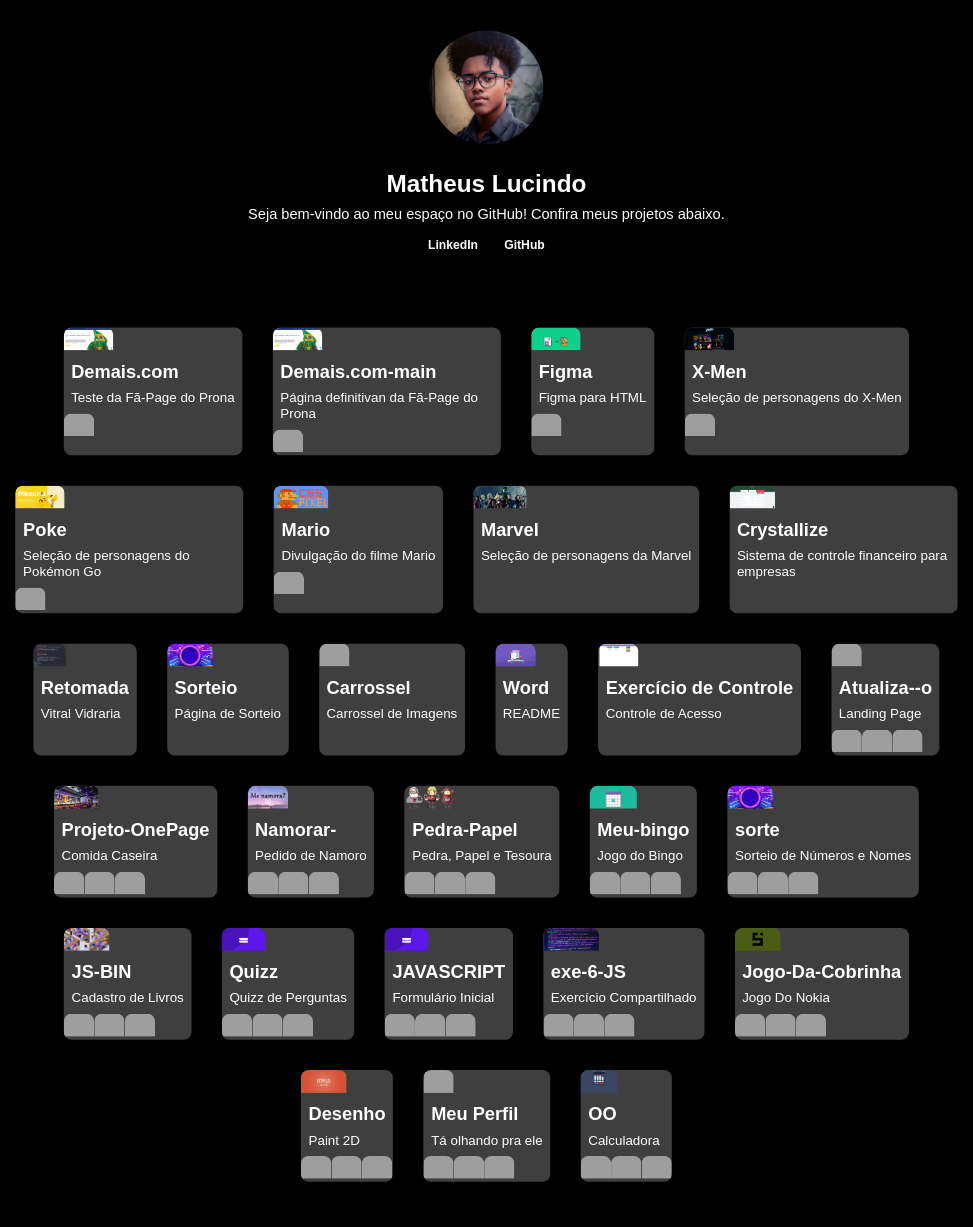
Repository: Matheus904-12/Meu-Perfil
Page: index.html
These files come from the project's save history. The page is drawn as it stood at one moment and after the next save; the edit follows.
The browser window is 1280 px wide. The pictures show the whole page, at 76% of full size.
Pictures or frames that could not be fetched are drawn as grey boxes.

Above is the page before, as saved 2023-09-26 22:04:10.

### index.html
<!DOCTYPE html>
<html lang="en">
<head>
    <meta charset="UTF-8">
    <meta name="viewport" content="width=device-width, initial-scale=1.0">
    <link rel="stylesheet" href="styles.css">
    <link rel="icon" href="p">
    <title>Seu Perfil</title>
</head>
<body>


    <header>
        <img src="IMG_20230326_185729_968.jpg" alt="Sua Foto de Perfil" class="profile-picture">
        <h1>Matheus Lucindo</h1>
        <p>Seja bem-vindo ao meu espaço no GitHub! Confira meus projetos abaixo.</p>
        <div class="social-links">
            <a href="https://www.linkedin.com/in/matheus-lucindo-b35b68190/" target="_blank">LinkedIn</a>
            <a href="https://github.com/Matheus904-12" target="_blank">GitHub</a>
        </div>
    </header>

    <section class="repositories">
        <!-- Os repositórios serão carregados aqui via JavaScript -->
    </section>

    <script src="script.js"></script>
</body>
</html>

### styles.css
/* styles.css */

body {
    font-family: 'Arial', sans-serif;
    margin: 0;
    padding: 0;
    background-color: #000000;
    color: #fff;
    transition: background-color 0.3s, color 0.3s;
}

.profile-picture {
    border-radius: 50%;
    width: 150px;
    height: 150px;
    margin-bottom: 20px;
    object-fit: cover;
}

header {
    text-align: center;
    padding: 40px;
    background-color: #000000;
    box-shadow: 0px 4px 8px rgba(0, 0, 0, 0.1);
}

h1 {
    font-size: 2em;
    margin: 10px 0;
}

p {
    font-size: 1.2em;
    max-width: 800px;
    margin: 0 auto 20px;
}

.social-links {
    margin-top: 20px;
}

.social-links a {
    display: inline-block;
    margin: 0 15px;
    text-decoration: none;
    color: #fff;
    font-weight: bold;
    transition: color 0.3s;
}

.social-links a:hover {
    color: #00aa1a;
}

.repositories {
    display: flex;
    flex-wrap: wrap;
    justify-content: center;
    margin: 40px 0;
}

.repository-card {
    background-color: #3f3f3f;
    border-radius: 10px;
    box-shadow: 0px 4px 8px rgba(0, 0, 0, 0.1);
    margin: 20px;
    max-width: 300px;
    transition: transform 0.3s, box-shadow 0.3s, background-color 0.3s;
    overflow: hidden;
    color: #fff; /* Cor do texto ajustada */
}

.repository-card img {
    border-radius: 10px 10px 0 0;
    max-width: 100%;
    height: auto;
    max-height: 200px;
    object-fit: cover;
    max-height: 30px; /* Adicionado este estilo para limitar a altura dos ícones */
}

.repository-card h3 {
    margin: 10px;
    font-size: 1.5em;
}

.repository-card p {
    margin: 10px;
    font-size: 1.1em;
}

.repository-card:hover {
    transform: scale(1.05);
    box-shadow: 0 8px 16px rgba(128, 0, 128, 0.1);

}

.repository-card a {
    color: #ffffff; /* Defina a cor de texto desejada aqui */
    text-decoration: none; /* Para remover sublinhado dos links */
}

/* Estilos para tablets (largura máxima de 768px) */
@media screen and (max-width: 768px) {
    header {
        padding: 20px;
    }

    .profile-picture {
        width: 100px;
        height: 100px;
        margin-bottom: 10px;
    }

    h1 {
        font-size: 1.5em;
    }

    p {
        font-size: 1em;
    }

    .social-links a {
        margin: 0 10px;
    }

    .repository-card {
        max-width: 250px;
    }

    .repository-card img {
        max-height: 150px;
    }

    .repository-card h3 {
        font-size: 1.2em;
    }

    .repository-card p {
        font-size: 1em;
    }
}

/* Estilos para dispositivos móveis (largura máxima de 480px) */
@media screen and (max-width: 480px) {
    header {
        padding: 10px;
    }

    .profile-picture {
        width: 80px;
        height: 80px;
        margin-bottom: 5px;
    }

    h1 {
        font-size: 1.2em;
    }

    p {
        font-size: 0.9em;
    }

    .social-links a {
        margin: 0 5px;
    }

    .repository-card {
        max-width: 200px;
    }

    .repository-card img {
        max-height: 120px;
    }

    .repository-card h3 {
        font-size: 1em;
    }

    .repository-card p {
        font-size: 0.8em;
    }
}

### script.js
document.addEventListener('DOMContentLoaded', function() {
    const repositories = [
        {
            name: 'Demais.com',
            description: 'Teste da Fã-Page do Prona',
            coverImage: 'Demais.com.jpg',
            languages: ['']
        },
        {
            name: 'Demais.com-main',
            description: 'Página definitivan da Fã-Page do Prona',
            coverImage: 'Demais.com.jpg',
            languages: ['']
        },
        {
            name: 'Figma',
            description: 'Figma para HTML',
            coverImage: 'Figma_to_html_1.png',
            languages: ['']
        },
        {
            name: 'X-Men',
            description: 'Seleção de personagens do X-Men',
            coverImage: 'xmen.png',
            languages: ['']
        },
        {
            name: 'Poke',
            description: 'Seleção de personagens do Pokémon Go',
            coverImage: 'pokemon-slider.png',
            languages: ['']
        },
        {
            name: 'Mario',
            description: 'Divulgação do filme Mario',
            coverImage: 'css-pixel-art.png',
            languages: ['']
        },
        {
            name: 'Marvel',
            description: 'Seleção de personagens da Marvel',
            coverImage: 'marvel.jpg',
            languages: []
        },
        {
            name: 'Crystallize',
            description: 'Sistema de controle financeiro para empresas',
            coverImage: 'sis.png',
            languages: []
        },
        {
            name: 'Retomada',
            description: 'Vitral Vidraria',
            coverImage: 'retom.png',
            languages: []
        },
        {
            name: 'Sorteio',
            description: 'Página de Sorteio',
            coverImage: 'sorteio.jpg',
            languages: []
        },
        {
            name: 'Carrossel',
            description: 'Carrossel de Imagens',
            coverImage: 'car.jpg',
            languages: []
        },
        {
            name: 'Word',
            description: 'README',
            coverImage: 'como-fazer-um-bom-readme-preview.png',
            languages: []
        },
        {
            name: 'Exercício de Controle',
            description: 'Controle de Acesso',
            coverImage: 'control.png',
            languages: []
        },
        {
            name: 'Atualiza--o',
            description: 'Landing Page',
            coverImage: 'landing.png',
            languages: ['HTML', 'CSS', 'JS']
        },
        {
            name: 'Projeto-OnePage',
            description: 'Comida Caseira',
            coverImage: 'restaurante.jpeg',
            languages: ['HTML', 'CSS', 'JS']
        },
        {
            name: 'Namorar-',
            description: 'Pedido de Namoro',
            coverImage: 'namorar.jpg',
            languages: ['HTML', 'CSS', 'JS']
        },
        {
            name: 'Pedra-Papel',
            description: 'Pedra, Papel e Tesoura',
            coverImage: 'jokenpo.png',
            languages: ['HTML', 'CSS', 'JS']
        },
        {
            name: 'Meu-bingo',
            description: 'Jogo do Bingo',
            coverImage: 'bingo.jpg',
            languages: ['HTML', 'CSS', 'JS']
        },
        {
            name: 'sorte',
            description: 'Sorteio de Números e Nomes',
            coverImage: 'sorteio.jpg',
            languages: ['HTML', 'CSS', 'JS']
        },
        {
            name: 'JS-BIN',
            description: 'Cadastro de Livros',
            coverImage: 'bibliotecas.png',
            languages: ['HTML', 'CSS', 'JS']
        },
        {
            name: 'Quizz',
            description: 'Quizz de Perguntas',
            coverImage: 'a-guide-to-html-css-forms-no-hacks.jpg',
            languages: ['HTML', 'CSS', 'JS']
        },
        {
            name: 'JAVASCRIPT',
            description: 'Formulário Inicial',
            coverImage: 'a-guide-to-html-css-forms-no-hacks.jpg',
            languages: ['HTML', 'CSS', 'JS']
        },
        {
            name: 'exe-6-JS',
            description: 'Exercício Compartilhado',
            coverImage: 'comp.png',
            languages: ['HTML', 'CSS', 'JS']
        },
        {
            name: 'Jogo-Da-Cobrinha',
            description: 'Jogo Do Nokia',
            coverImage: 'cobrinha.png',
            languages: ['HTML', 'CSS', 'JS']
        },
        {
            name: 'Desenho',
            description: 'Paint 2D',
            coverImage: '20151220031246_canvas.png',
            languages: ['HTML', 'CSS', 'JS']
        },
        {
            name: 'Meu Perfil',
            description: 'Tá olhando pra ele',
            coverImage: 'perfi.png',
            languages: ['HTML', 'CSS', 'JS']
        },
        {
            name: 'OO',
            description: 'Calculadora',
            coverImage: 'leva.jpg',
            languages: ['HTML', 'CSS', 'JS']
        },


    ];

    const repositoriesSection = document.querySelector('.repositories');

    repositories.forEach(repository => {
        const card = document.createElement('div');
        card.classList.add('repository-card');

        const languagesIcons = repository.languages.map(lang => `<img src="${lang.toLowerCase()}.png" alt="${lang}">`).join('');

        card.innerHTML = `
            <a href="${repository.link}" target="_blank">
                <div class="card-border">
                    <img src="${repository.coverImage}" alt="Capa do Repositório">
                </div>
                <h3>${repository.name}</h3>
                <p>${repository.description}</p>
                <div class="languages">${languagesIcons}</div>
            </a>
        `;

        card.addEventListener('click', function() {
            card.classList.toggle('selected');
        });

        repositoriesSection.appendChild(card);
    });
});

After the next save:
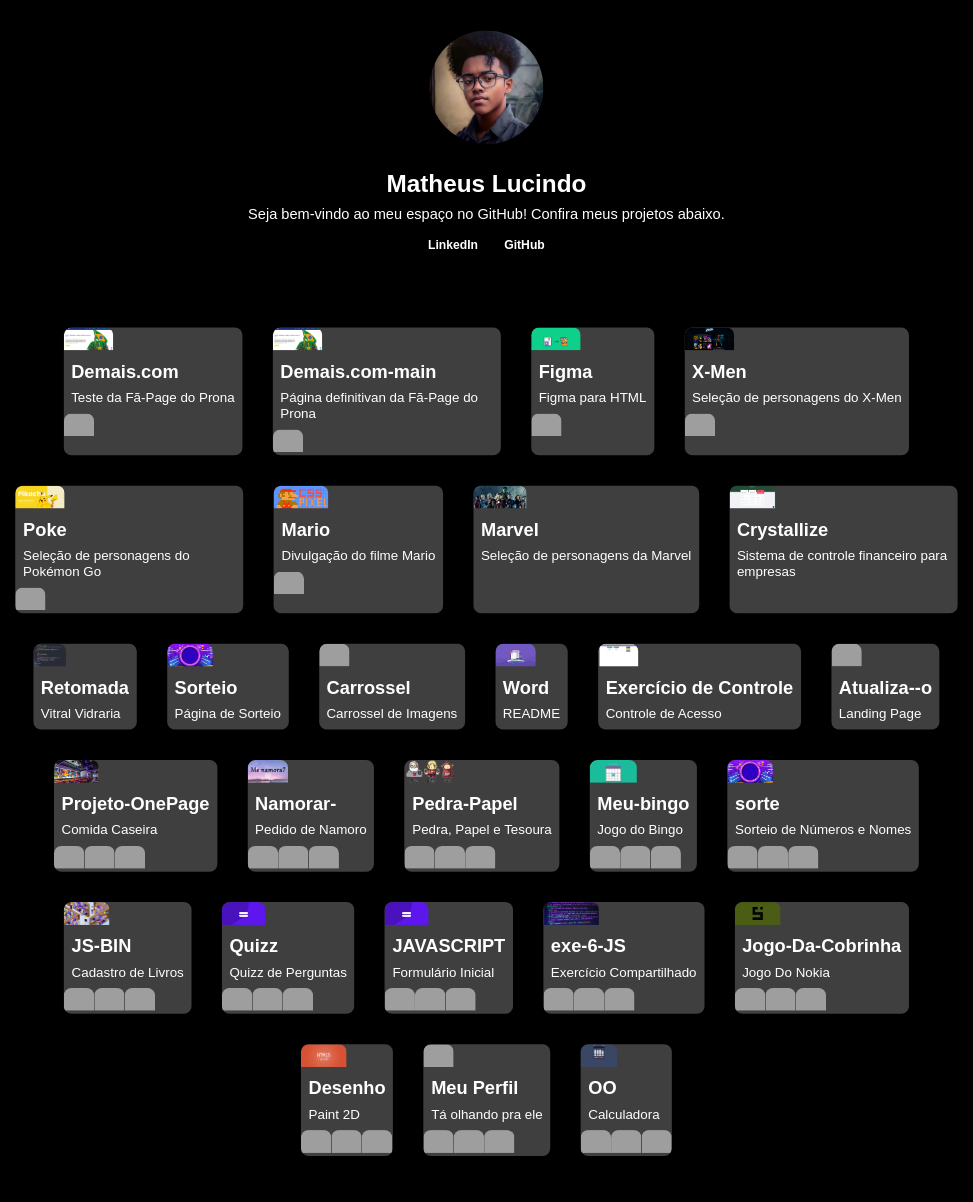
Saved 5 s later.
--- a/script.js
+++ b/script.js
@@ -82,7 +82,7 @@
             name: 'Atualiza--o',
             description: 'Landing Page',
             coverImage: 'landing.png',
-            languages: ['HTML', 'CSS', 'JS']
+            languages: []
         },
         {
             name: 'Projeto-OnePage',
